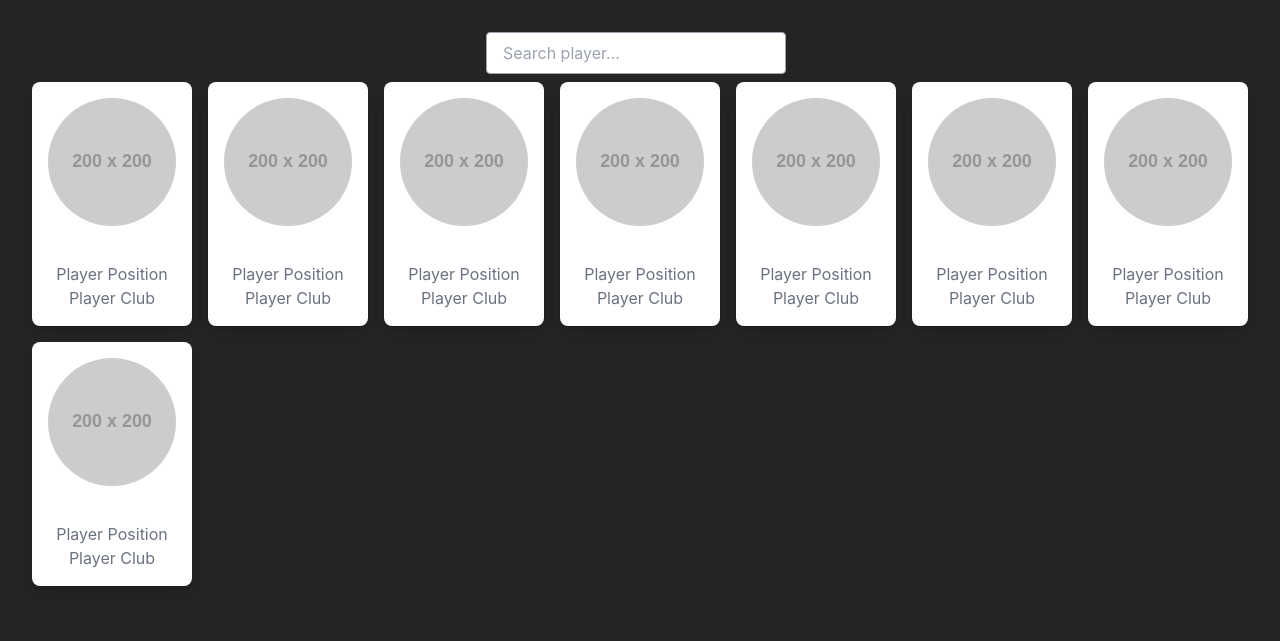
Repository: Hadra92i/movies-search-app
Page: /
These files come from the project's save history. The page is drawn as it stood at one moment and after the next save; the edit follows.
The browser window is 1280 px wide. The pictures show the whole page.
The project was rebuilt for these pictures with package versions that can differ from the ones it lists, and the page was loaded fresh each time. Also part of the build but not shown: vite.config.js.

Above is the page before, as saved 2023-11-01 12:00:45.

### index.html
<!doctype html>
<html lang="en">
  <head>
    <meta charset="UTF-8" />
    <link rel="icon" type="image/svg+xml" href="/vite.svg" />
    <meta name="viewport" content="width=device-width, initial-scale=1.0" />
    <title>Players SearchApp</title>
  </head>
  <body>
    <div id="root"></div>
    <script type="module" src="/src/main.jsx"></script>
  </body>
</html>

### src/main.jsx
import ReactDOM from 'react-dom/client'
import App from './App.jsx'
import './index.css'
import { Provider } from 'react-redux'
import { store } from './redux/store.js'

ReactDOM.createRoot(document.getElementById('root')).render(
  <Provider store={store}>
    <App />
  </Provider>,
)

### src/App.jsx

import './App.css'
import Players from './components/player/Players'

function App() {

  return (
    <>
      <Players/>
    </>
  )
}

export default App

### src/index.css
:root {
  font-family: Inter, system-ui, Avenir, Helvetica, Arial, sans-serif;
  line-height: 1.5;
  font-weight: 400;

  color-scheme: light dark;
  color: rgba(255, 255, 255, 0.87);
  background-color: #242424;

  font-synthesis: none;
  text-rendering: optimizeLegibility;
  -webkit-font-smoothing: antialiased;
  -moz-osx-font-smoothing: grayscale;
  -webkit-text-size-adjust: 100%;
}

@tailwind base;
@tailwind components;
@tailwind utilities;

### src/redux/store.js
import { configureStore } from "@reduxjs/toolkit";
import playerReducer from "./features/playerSlice";

export const store = configureStore({
    reducer: {
        player: playerReducer,
    },
    devTools: true,
});

### src/components/player/Players.jsx
// eslint-disable-next-line no-unused-vars
import React,{useState} from "react";
import PlayerCard from "./PlayerCard";

const Players = () => {
    const playersData = [
        { name: "John", age: 25, cardPlayer: true, id: 1 },
        { name: "Jane", age: 30, cardPlayer: false, id: 2 },
        { name: "Bob", age: 20, cardPlayer: true, id: 3 },
        { name: "Mary", age: 27, cardPlayer: false, id: 4 },
        { name: "John", age: 25, cardPlayer: true, id: 5 },
        { name: "Jane", age: 30, cardPlayer: false, id: 6 },
        { name: "Bob", age: 20, cardPlayer: true, id: 7 },
        { name: "Mary", age: 27, cardPlayer: false, id: 8 }
    ];

    // eslint-disable-next-line no-unused-vars
    const [players, setPlayers] = useState(playersData);
    const [searchTerm, setSearchTerm] = useState("");

    const handleSearch = (event) => {
        setSearchTerm(event.target.value);
    };

    const filteredPlayers = players.filter((player) => {
        return player.name.toLowerCase().includes(searchTerm.toLowerCase());
    });

    return (
        <>
            <div className="flex justify-center items-center">
                <input
                    type="text"
                    placeholder="Search player..."
                    value={searchTerm}
                    onChange={handleSearch}
                    className="border border-gray-400 rounded py-2 px-4 mr-2 w-[300px]"
                />
            </div>
            <div className="flex justify-between items-center flex-wrap">
                {filteredPlayers.map((player) => {
                    return (
                        <PlayerCard
                            key={player.id}
                            name={player.name}
                            age={player.age}
                        />
                    );
                })}
            </div>
        </>
    );
};

export default Players;

### src/redux/features/playerSlice.js
import { createAsyncThunk, createSlice } from "@reduxjs/toolkit";
import PlayerService from "../../services/playerService";

const initialState = [];

export const getAllPlayers = createAsyncThunk(
    "players/getAllPlayers",
    async () => {
        const response = await PlayerService.getAllPlayers();
        return response.data;
    }
);

export const playerSlice = createSlice({
    name: "player",
    initialState,
    reducers: {},
    extraReducers: {
        [getAllPlayers.fulfilled]: (state, action) => {
            return [...action.payload];
        },
    },
});

export default playerSlice.reducer;

### src/components/player/PlayerCard.jsx
// eslint-disable-next-line no-unused-vars
import React from "react";

const PlayerCard = () => {
    return (
        <div className="bg-white rounded-lg shadow-lg p-4 my-2">
            <img
                className="w-32 h-32 rounded-full mx-auto"
                src="https://via.placeholder.com/200"
                alt="Player Avatar"
            />
            <div className="text-center mt-2">
                <h3 className="text-lg font-medium">Player Name</h3>
                <p className="text-gray-500">Player Position</p>
                <p className="text-gray-500">Player Club</p>
            </div>
        </div>
    );
};

export default PlayerCard;

### src/services/playerService.js
// eslint-disable-next-line no-unused-vars
import axiosObj from "../http-common";

const getAllPlayers = () => {
    return axiosObj.get("/players");
};

const PlayerService = {
    getAllPlayers,
};

export default PlayerService;

### src/http-common.js
import axios from "axios";

const API_KEY = "9d2758a612msh2661c98a1972a2cp155232jsn62f754d1238a";
const BASE_URL = "https://api-football-v1.p.rapidapi.com/v3";

const axiosObj = axios.create({
    baseURL: BASE_URL,
    headers: {
        "x-rapidapi-key": API_KEY,
        "x-rapidapi-host": "api-football-v1.p.rapidapi.com",
    },
});

export default axiosObj;

Loaded but not shown: src/App.css (common file); tailwind.config.js (common file)

After the next save:
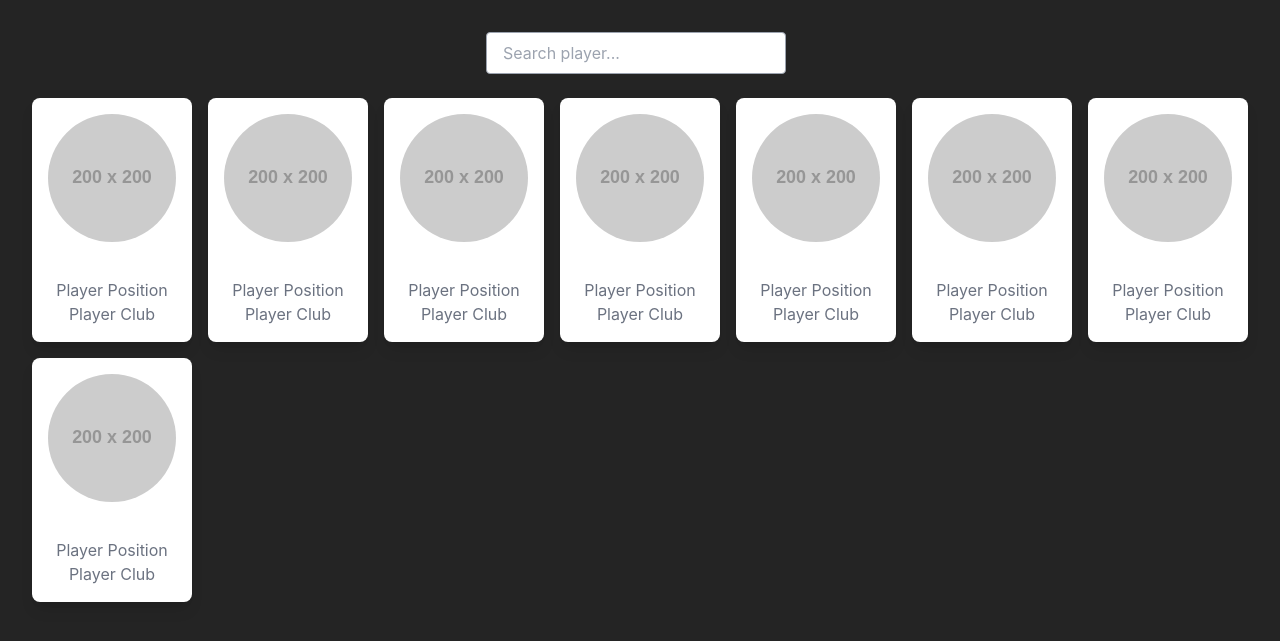
Saved 10 s later.
--- a/src/components/player/Players.jsx
+++ b/src/components/player/Players.jsx
@@ -28,7 +28,7 @@ const Players = () => {
 
     return (
         <>
-            <div className="flex justify-center items-center">
+            <div className="flex justify-center items-center mb-4">
                 <input
                     type="text"
                     placeholder="Search player..."
